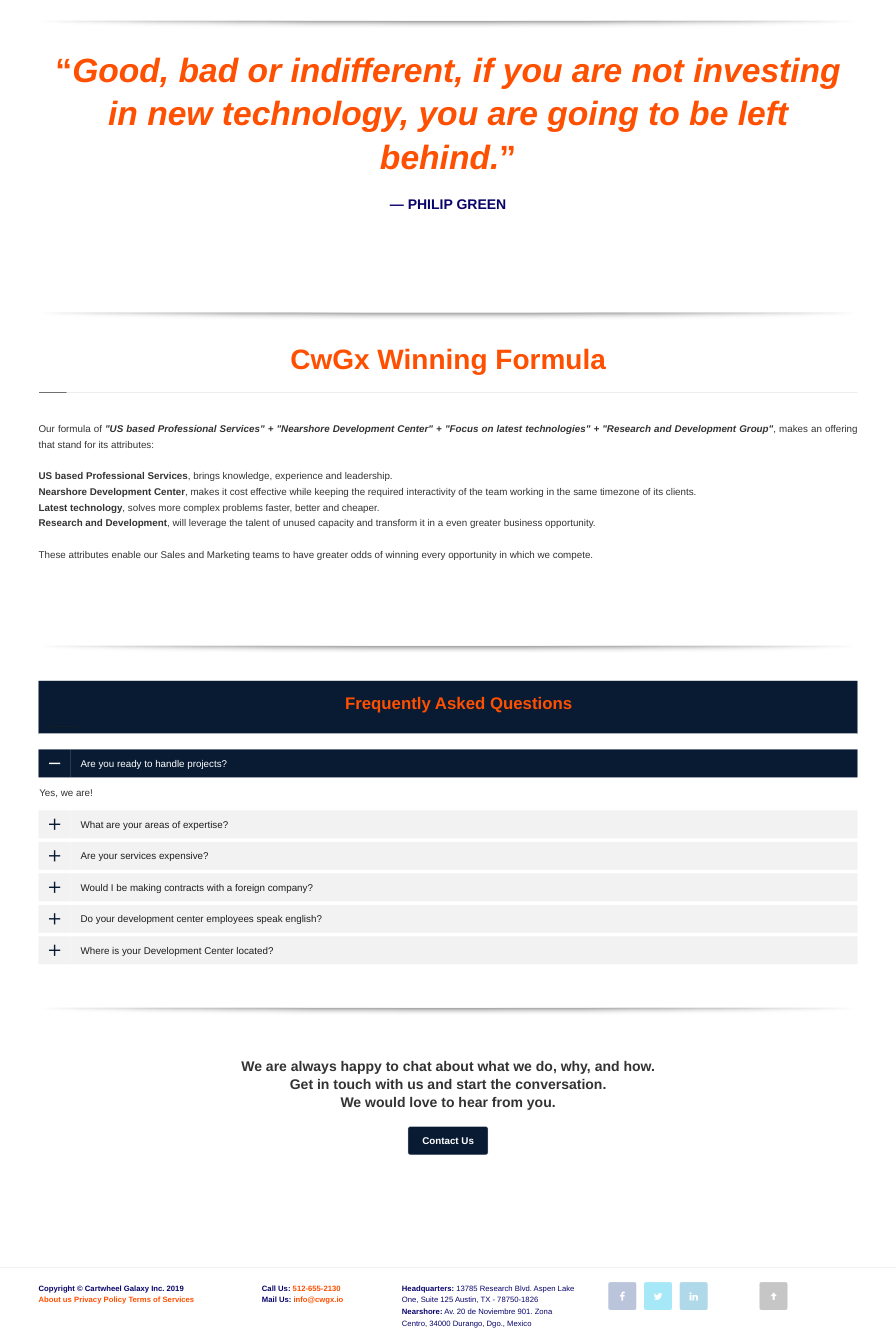
Repository: g-tecio/cwgx.io
Page: index.html
The author's editor kept a record of every edit. The page is drawn from the files as they stood at one moment, then again after the next edit.
The browser window is 1280 px wide. The pictures show the part of the page from y = 2261 to 4181 px (the page is 4181 px tall before and 4101 px after), at 70% of full size.

Above is the page before.

After the next edit:
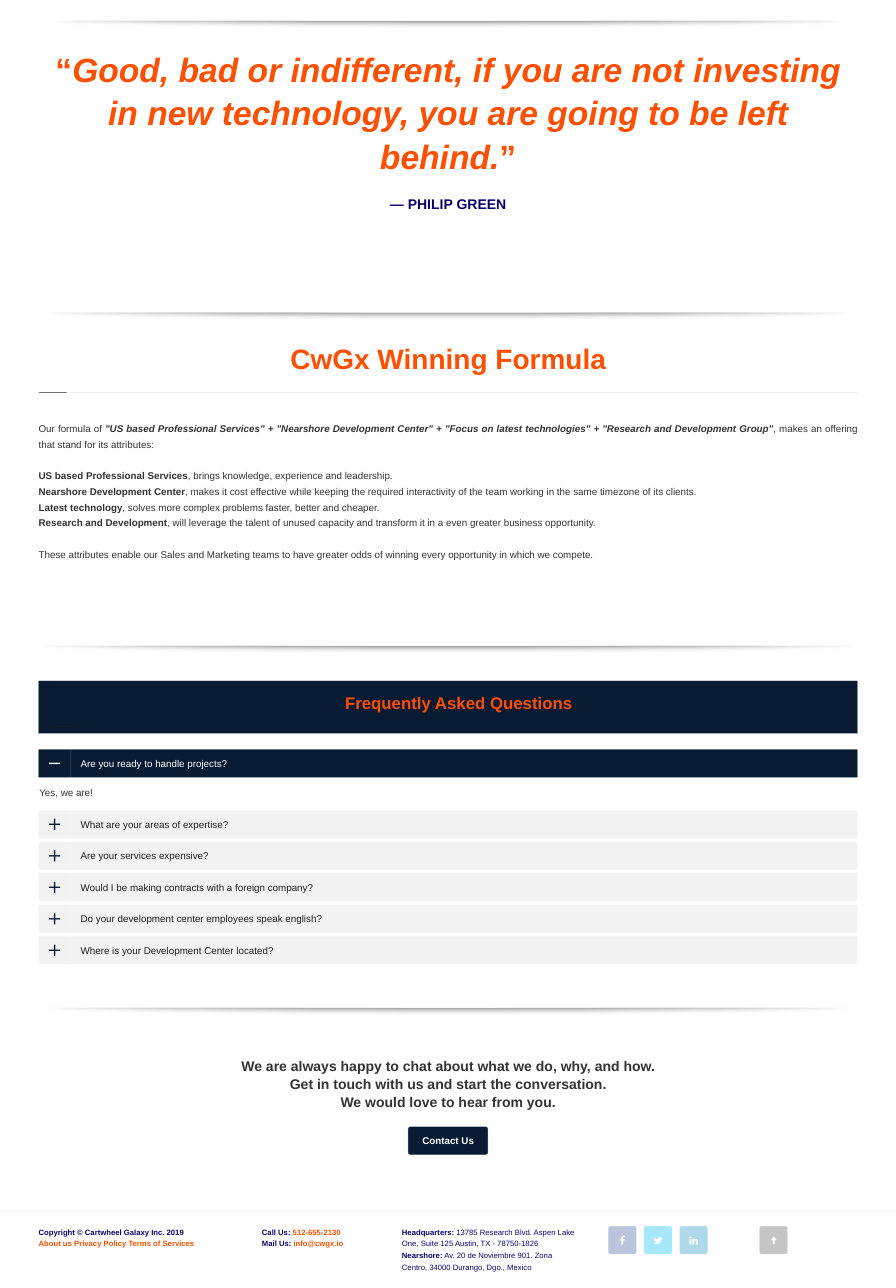
The edit:
--- a/index.html
+++ b/index.html
@@ -382,7 +382,7 @@
 					<hr class="shadow">
 
 					<div class="container">
-						<div class="col-sm-12 col-md-8 col-md-offset-2 contact-info bottom-padding" style="text-align:center">
+						<div class="col-sm-12 col-md-8 col-md-offset-2 contact-info" style="text-align:center">
 							<h5>We are always happy to chat about what we do, why, and how.<br>Get in touch with us and start the conversation.<br>We would love to hear from you.</h5>
 							<p></p>
 							<a href="contact.html" class="btn btn-default">Contact Us</a>
